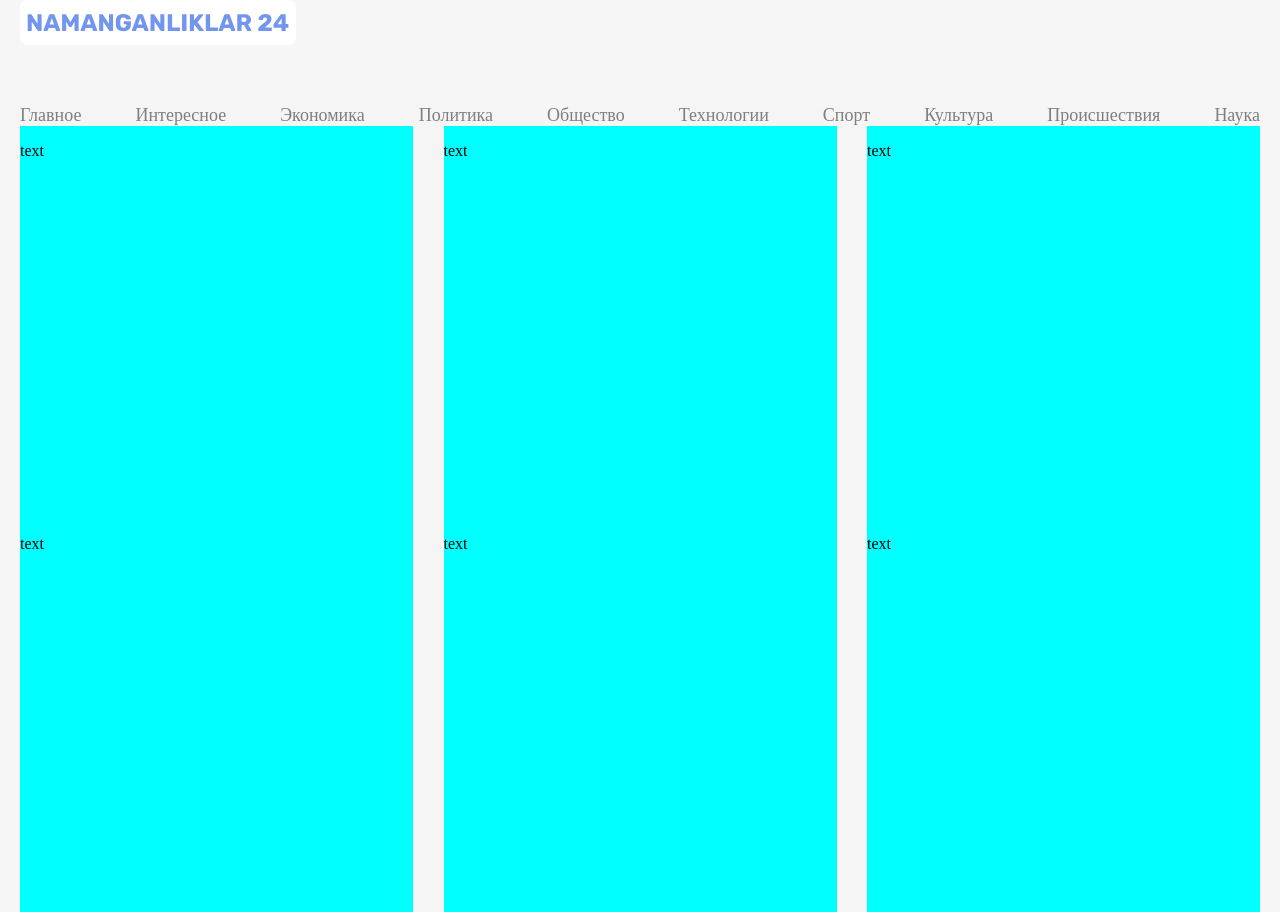
Repository: UlugbekAbdurasulov/projekt
Page: index.html
The author's editor kept a copy of each file at every save. The page is drawn from the files as they stood at one save, then again after the next save.
The browser window is 1280 px wide. The pictures show the whole page.

Above is the page before, as saved 2023-05-29 16:26:06.

### index.html
<!DOCTYPE html>
<html lang="ru">
  <head>
    <meta charset="UTF-8" />
    <meta http-equiv="X-UA-Compatible" content="IE=edge" />
    <meta name="viewport" content="width=device-width, initial-scale=1.0" />
    <title>Document</title>
  </head>
  <link rel="stylesheet" href="./css/main.css" />
  <body>
    <header class="navbar">
      <div class="container">
        <div>
          <img src="./images/logo.svg" alt="" />
          <ul>
            <li>

            </li>
          </ul>
        </div>
      </div>
    </header>

    <h1 class="visually-hidden">Namanganliklar haqida yangliklar</h1>
    <div class="container">
      <ul class="menu">
        <li class="menu-text">Главное</li>
        <li class="menu-text">Интересное</li>
        <li class="menu-text">Экономика</li>
        <li class="menu-text">Политика</li>
        <li class="menu-text">Общество</li>
        <li class="menu-text">Технологии</li>
        <li class="menu-text">Спорт</li>
        <li class="menu-text">Культура</li>
        <li class="menu-text">Происшествия</li>
        <li class="menu-text">Наука</li>
      </ul>

      <menu class="box">
        <ul class="information-box" >
            <li class="information"><p>text</p></li>
            <li class="information"><p>text</p></li>
            <li class="information"><p>text</p></li>

            <li class="information"><p>text</p></li>
            <li class="information"><p>text</p></li>
            <li class="information"><p>text</p></li>
        </ul>
      </menu>
    </div>
  </body>
</html>

### css/main.css
* {
    box-sizing: border-box;
    text-decoration: none;
    list-style: none;
  }

body {
    margin: 0;
    padding: 0;
    background-color: #f5f5f5;
  }
  .container {
    width: 1240px;
    margin: 0px auto;
    padding: 0;
  }
.navbar{
background-color:#F6F6F6;
height: 105px;
}
.menu{
    margin: 0;
    padding: 0;
    display: flex;
    justify-content: space-between;
}
.menu-text{
    font-family: 'Rubik';
font-style: normal;
font-weight: 500;
font-size: 18px;
line-height: 21px;
text-align: center;
color: #7F7F7F;
}
.visually-hidden {
    position: absolute;
    width: 1px;
    height: 1px;
    margin: -1px;
    padding: 0;
    overflow: hidden;
    border: 0;
    clip: rect(0 0 0 0)
  }
  .information-box{
    display: flex;
    margin: 0;
    padding: 0;
    flex-wrap: wrap;
    justify-content: space-between;

  }
  .box{
    padding: 0;
    margin: 0;
  }

  .information{

    width: 393px;
    height: 393px;
    margin: 0px;
    background-color:aqua;
  }

After the next save:
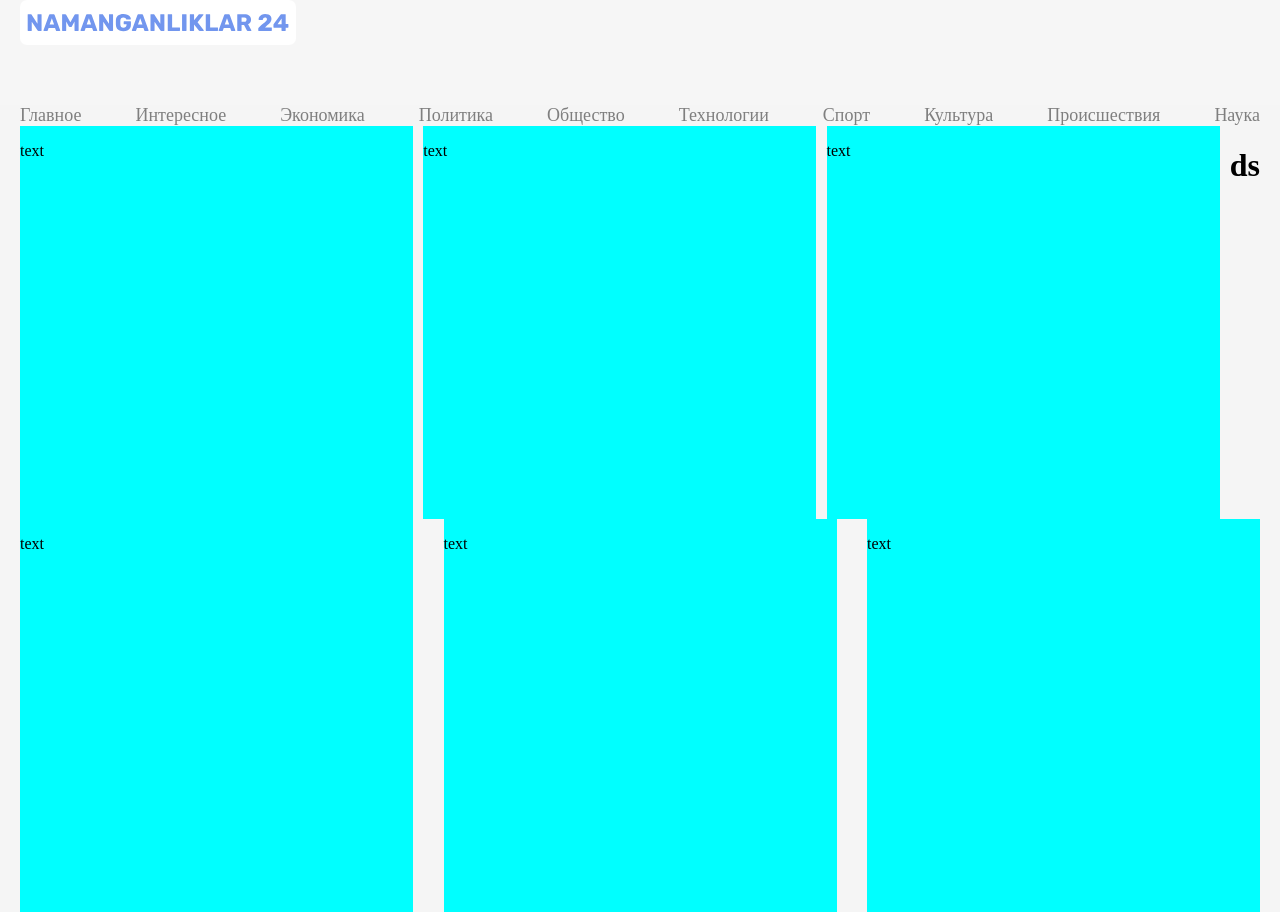
Saved 4 s later.
--- a/index.html
+++ b/index.html
@@ -41,7 +41,7 @@
             <li class="information"><p>text</p></li>
             <li class="information"><p>text</p></li>
             <li class="information"><p>text</p></li>
-
+            <h1>ds</h1>
             <li class="information"><p>text</p></li>
             <li class="information"><p>text</p></li>
             <li class="information"><p>text</p></li>

After the save that followed:
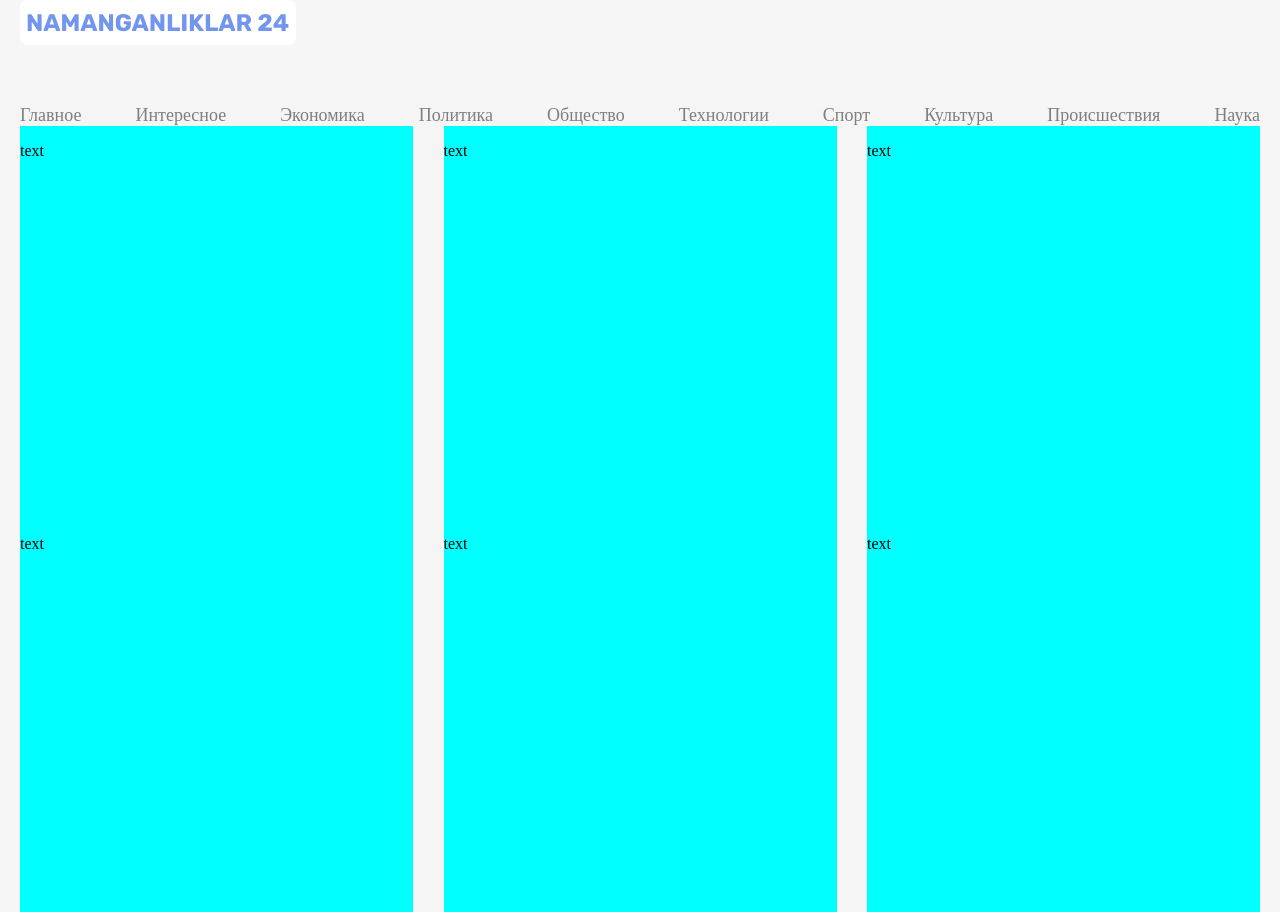
Saved 8 s later.
--- a/index.html
+++ b/index.html
@@ -41,7 +41,7 @@
             <li class="information"><p>text</p></li>
             <li class="information"><p>text</p></li>
             <li class="information"><p>text</p></li>
-            <h1>ds</h1>
+
             <li class="information"><p>text</p></li>
             <li class="information"><p>text</p></li>
             <li class="information"><p>text</p></li>
